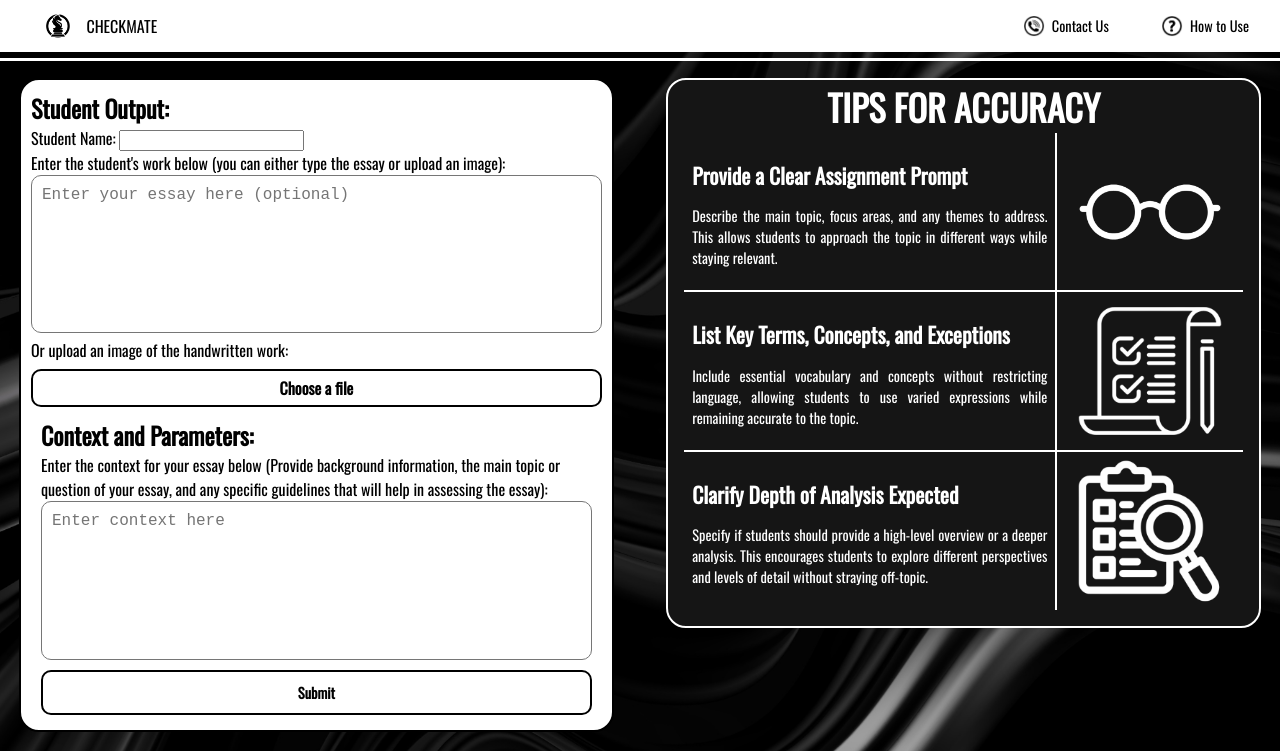
Repository: iiTzXyZ11/CheckMateAI
Page: http://localhost/scan
These files come from the project's save history. The page is drawn as it stood at one moment and after the next save; the edit follows.
The browser window is 1280 px wide. The pictures show the whole page.
The page is served by the project's application, run on Flask 3 (app.py).

Above is the page before, as saved 2025-01-30 22:57:36.

### templates/index.html
<!DOCTYPE html>
<html lang="en">
    <head>
        <meta charset="UTF-8" >
        <meta name="viewport" content="width=device-width, initial-scale=1.0">
        <title>CheckMate AI</title>
        <link rel="stylesheet" href="{{ url_for('static', filename='css/style.css') }}">
        <link rel="stylesheet" href="{{ url_for('static', filename='css/mobile_test_style.css') }}">
        <link rel="stylesheet" href="{{ url_for('static', filename='css/test_style.css') }}">
        <link rel="icon" type="image/x-icon" href="{{ url_for('static', filename='favicon.ico') }}">
        <link href='https://fonts.googleapis.com/css?family=Oswald' rel='stylesheet'>
        <link rel="apple-touch-icon" sizes="180x180" href="{{ url_for('static', filename='favicons/apple-touch-icon.png', _external=True) }}">
        <link rel="icon" type="image/png" sizes="32x32" href="{{ url_for('static', filename='favicons/favicon-32x32.png', _external=True) }}">
        <link rel="icon" type="image/png" sizes="16x16" href="{{ url_for('static', filename='favicons/favicon-16x16.png', _external=True) }}">
        <link rel="manifest" href="{{ url_for('static', filename='favicons/site.webmanifest', _external=True) }}">
    </head>
    <body>
        <header class="header">
            <div class="header-text">
                <img src="{{ url_for('static', filename='css/images/logo_black.jpg') }}" alt="CheckMate Logo">
                <p>CHECKMATE</p>
            </div>

            <div class="header-buttons">
                <a href="{{ url_for('contact') }}" class="header-link">
                    <img src="{{ url_for('static', filename='css/images/contact.png') }}" class="contact-icon" alt="Contact Icon">
                    Contact Us
                </a>
                <a href="https://www.youtube.com/watch?v=Ia6pL32Ip8I&ab_channel=CheckMateAI"
                target="_blank"
                rel="noopener noreferrer"
                class="header-link">
                    <img src="{{ url_for('static', filename='css/images/question_mark.png') }}" class="qm-icon" alt="Help Icon">
                    How to Use
                </a>
            </div>
        </header>
        <div class="top-bar"></div>

        <div class="content-wrapper">

            <div class="container">
                <div class="box">
                    <h2>Student Output:</h2>
                    <form action="{{ url_for('index') }}" method="POST" enctype="multipart/form-data">
                        <label for="student_name">Student Name:</label>
                        <input type="text" id="student_name" name="student_name" required>

                        <p>Enter the student's work below (you can either type the essay or upload an image):</p>
                        <textarea name="essay" placeholder="Enter your essay here (optional)"></textarea>
                        <p>Or upload an image of the handwritten work:</p>
                        <label class="custom-file-upload">
                            Choose a file
                            <input type="file" name="image" accept="image/*" style="display: none;" onchange="updateFileName()" />
                        </label>
                        <div id="file-name" style="margin-top: 10px; color: black;"></div> <!-- Display the file name here -->

                        <div class="box1">
                            <h2 style="color: black">Context and Parameters:</h2>
                            <p>Enter the context for your essay below (Provide background information, the main topic or question of your essay, and any specific guidelines that will help in assessing the essay):</p>
                            <textarea name="context" placeholder="Enter context here" required>{{ context }}</textarea>
                            <button type="submit">Submit</button>
                        </div>
                    </form>
                </div>
            </div>

            <div class="tips-wrapper">
                <div class="tips-container">
                    <h1>TIPS FOR ACCURACY</h1>
                        <div class="tips-grid">
                            <div class="tip1">
                                <h2>Provide a Clear Assignment Prompt</h2>
                                <p>Describe the main topic, focus areas, and any themes to address. This allows students to approach the topic in different ways while staying relevant.</p>
                            </div>

                            <div class="tip2">
                                <img class="glasses" src="static/css/images/tips/Glasses.png" alt="Glasses Icon" loading="lazy">
                            </div>

                            <div class="tip3">
                                <h2>List Key Terms, Concepts, and Exceptions</h2>
                                <p>Include essential vocabulary and concepts without restricting language, allowing students to use varied expressions while remaining accurate to the topic.</p>
                            </div>

                            <div class="tip4">
                                <img class="list" src="static/css/images/tips/List.png" alt="List Icon" loading="lazy">
                            </div>

                            <div class="tip5">
                                <h2>Clarify Depth of Analysis Expected</h2>
                                <p>Specify if students should provide a high-level overview or a deeper analysis. This encourages students to explore different perspectives and levels of detail without straying off-topic.</p>
                            </div>

                            <div class="tip6">
                                <img class="board" src="static/css/images/tips/Board.png" alt="Board Image" loading="lazy">
                            </div>
                        </div>
                    </div>
                </div>
            </div>
        </div>

        <script>
            // Function to display the file name
            function updateFileName() {
                const fileInput = document.querySelector('input[type="file"]');
                const fileNameDisplay = document.getElementById('file-name');
                if (fileInput.files.length > 0) {
                    fileNameDisplay.textContent = "Selected file: " + fileInput.files[0].name;
                }
            }
        </script>
    </body>
</html>

### static/css/style.css
@import url('https://fonts.googleapis.com/css?family=Oswald');

@font-face {
  font-family: 'Agrandir Wide';
  src: url('..fonts/Agrandir-WideBlackItalic.woff2') format('woff2'),
      url('../fonts/Agrandir-WideBlackItalic.woff') format('woff');
  font-weight: 900;
  font-style: italic;
  font-display: swap;
}

@font-face {
  font-family: 'Agrandir';
  src: url('../fonts/Agrandir-Regular.woff') format('woff'),
      url('../fonts/Agrandir-Regular.woff2') format('woff2');
  font-weight: normal;
  font-style: normal;
  font-display: swap;
}

body {
  gap: 0rem;
  grid-template-rows: repeat(auto-fill, minmax(100px, 1fr));
  margin: 0;
  font-family: 'Oswald';
  background-image: url('background.jpg');
  background-size: cover;

  overflow-x: hidden;
}

.top-bar{
  position: absolute;
  background-color: white;
  top:clamp(4.1rem, 25vw, 4.7rem);
  height: 0.5vh;
  width: 100%;
  margin:0;
}

.header {
  display: grid;
  grid-template-columns: 1fr 1fr;
  align-items: center; /* Allow items to align themselves */
  background-color: white;
  z-index: 1000;
  padding: 8px;
  height:fit-content;
}

.header-text {
  display: flex; /* Make it a flex container */
  align-items: center; /* Center content vertically */
  background: transparent;
  font-size: clamp(0.4rem,3vh,1rem);
}

.header-text p {
  margin: 0
}

.header-text img {
  display: block; /* Ensures the image respects width settings */
  width: clamp(1.5rem,3vh, 2rem); /* Optional: Prevents the image from exceeding a specific size */
  height: auto; /* Maintains the aspect ratio */
  margin-left: 3vw; /* Space from the left */
  margin-right: 1rem; /* Space between image and text */
  margin-top: 0rem;
  margin-bottom: 0rem;
}
.header-buttons {
  background: transparent;
  gap: 3vw;
  display: flex; /* Flex container for its own children */
  align-items: center; /* Center its own children vertically */
  font-size: clamp(0.4rem,3vh,0.9rem);
  margin-left: auto;
  margin-right: 1rem;

}

.header-buttons a {
  transition: border-color 0.3s;
  font-family: 'Oswald';
  color: black;
  text-decoration: none; /* Remove underline from links */
  padding: 0.8vh 1.5vh; /* Add padding */
  border: 2px solid transparent; /* Optional border for button */
  display: flex; /* Align icon and text */
  align-items: center; /* Center vertically */
  padding: 5px;
}

.header-buttons a:hover {
  border-color: black; /* Hover background */
}

.main{
  margin-top: 0.5rem;
  display: grid;
  grid-template-rows: 2fr 1fr;
  width: 100%;
  height: 100vh;
  color:#ffffff;
  align-items: center;
}

.top {
  margin:0;
  display: grid;
  grid-template-rows: 0.3fr 0.3fr;
  padding: 0vh 2vw;
  background: transparent;
}

.head img {
  display:flex;
  width:clamp(10rem, 40vw, 50rem); /* Set desired width */
  height: auto; /* Maintain aspect ratio */
  margin: 0 auto; /* Center horizontally within its parent */
  background-color: transparent;
}

.head {
  display: flex;
  flex-direction: column;
  width: 100%;
  background: transparent;
}

.title {
  display: flex; /* Use flexbox for alignment */
  justify-content: center; /* Center horizontally */
  align-items: center; /* Center vertically */
  text-align: center; /* Ensure the text itself is aligned */
  background: transparent;
  background-image: url('images/ribbon.png');
  background-position: center;
  background-repeat: no-repeat;
  background-size: clamp(9rem, 28vw, 24rem);
  height: clamp(7.5vh, 13vw, 100vh); /* Ensure sufficient height */
}

.head h2{
  margin:0;
  background: transparent;
  text-align: center;
}

.title h1 {
  margin-bottom: clamp(1rem,4vw, 100rem); /* Remove default margins */
  color: black;
  transform: rotate(355deg); /* Keep the rotation */
  font-size: clamp(1rem, 5vw, 25px); /* Ensure font scales appropriately */
}

.head h2{
  font-size: large;
  margin-bottom: 0.5rem;
}

.top a{
  margin-top: 1rem;
  display: block;
  align-self: center;
  justify-self: center;
  border: 4px solid white;
  background-color: transparent;
  color: white;
  text-decoration: none;
  font-size: 1rem;
  padding: .3vw 1vw;
  transition: color 0.3s, text-decoration 0.3s, border-color 0.3s;
  width: fit-content;
}

.top a:hover {
  font-weight: bold;
  color: black;
  text-decoration: underline 1px black;
  text-underline-offset: 6px;
  background-color: white;
  border-color: white;
  text-decoration-thickness: 2px;
  transition: color 0.3s, text-decoration 0.3s, background-color 0.3s, border-color 0.3s;
}

.top .desc {
  margin:0;
  background: transparent;
  display: block;
  width: 100%;
  text-align: center;
  font-size: clamp(10px, 3vw, 20px);
}

.bottom {
  display: flex; /* Enable flexbox on the parent container */
  flex-direction: column; /* Ensure the flex direction is vertical */
  justify-content: flex-end; /* Align items at the bottom */
  background: transparent;
  width: 100%;
  height: 100%;
}

.chessboard {
  width: 100%; /* Full viewport width */
  height: 100%; /* Scale proportionally */
}

.disclaimer {
  position: absolute; /* Allows the disclaimer to be positioned over the chessboard */
  bottom: 0; /* Aligns the disclaimer at the bottom of the parent container */
  color: white;
  background: black;
  border: 4px solid white;
  border-radius: 1rem;
  font-family: 'Oswald';
  font-size: clamp(0.5rem,2vw,0.8rem);
  align-self: center;
  text-align: center;
  padding: 5px;
  width: auto;
}

.header-bar {
  background-color: transparent;
  color: #fff;
  padding: 10px;
  text-align: center;
}


.button-container {
  text-align: center;
  margin-top: 30px;
}

.form-container,
.criteria-container {
  flex: 1;
  display: flex;
  flex-direction: column;
}

.criteria-container {
  margin-right: 20px;
}

.criteria-container table {
  width: 100%;
  border-collapse: collapse;
}

.criteria-container th,
.criteria-container td {
  border: 2px solid black;
  padding: 12px;
  text-align: center;
  font-size: 30px;
}

.criteria-container th {
  font-size: 25px;
}

.criteria {
  font-size: 36px;
  color: #333;
  padding: 40px;
  margin: 0 auto;
  background-color: #d9d9dd;
  border: 2px solid #3b1a08;
  border-radius: 10px;
  text-align: center;
  display: inline-block;
}

/* Button Styles */
.button,
.link-button,
.container button[type="submit"],
.small-button {
  background-color: #ffffff;
  border: 2px solid black;
  border-radius: 10px;
  color: black;
  padding: 10px 20px;
  text-decoration: none;
  cursor: pointer;
  font-family: 'Oswald';
  margin: 5px 0;
  display: inline-block;
  transition: background-color 0.3s, color 0.3s, border-color 0.3s; /* Add transition */
  font-weight: bold;
}

.button:hover,
.link-button:hover,
.container button[type="submit"]:hover,
.small-button:hover {
  background-color: black;
  color: #fff;
  border-color: black;
  font-weight: bold;
}

/* FRONT_PAGE.HTML */
/* Shared styles */

.desc{
  width: 28vw;
  font-size: 1.2em;
}

.contact-icon,
.qm-icon {
  width: 3vh; /* Consistent size */
  height: auto; /* Maintain aspect ratio */
  margin-right: 1vh; /* Space between icon and text */
}

.contact-icon {
  color: black;
}

.qm-icon {
  color: black;
}

.results-container {
  display: flex;
  flex-direction: column; /* Stacks items vertically */
  width: 80%;
  justify-self: center; /* Centers items horizontally */
  background: white;
  border: 2px solid black;
  border-radius: 20px;
  padding: 15px;
  margin-top: 10vh;
  font-size: clamp(10px, 3vw, 20px);
}

.results-container h2{
  font-size: clamp(1rem, 5vw, 45px);
}

.desktop{
  display:none;
}

.stuff{
  display: flex;
  flex-direction: column;
}

@media only screen and (min-width: 720px){
  #mobile{
    display:none;
  }

  .desktop{
    display:contents;
  }

  .top-bar{
    top:clamp(3.6rem, 8vh, 5.3rem);
  }

  .bottom .chessboard{
    display: none;
  }

  .disclaimer{
    border:  solid white;
    font-size: clamp(0.4rem,0.7vw,0.8rem);
  }

  .head{
    display:grid;
    grid-template-columns: 1fr 1fr;
  }

  .desktop .head img{
    align-self: left;
    margin: 0 auto;
    margin-top: 9%;
    width:clamp(5rem, 25vw, 50rem); /* Set desired width */
  }

  .title{
    display:flex;
    flex-direction: column;
    margin-top: clamp(1rem, 8vh, 9rem);
  }

  .title h1{
    margin-top: clamp(13rem, 15vw, 23rem);
    font-size: clamp(1rem, 2.5vw, 3rem);
  }

  .title h2{
    margin:0;
    font-size: clamp(9px, 2vw, 100px);
  }

  .title .desc{
    font-size: clamp(9px, 1vw, 100px);
  }

  .stuff a{
    margin-top: 3rem;
    font-size: clamp(0.5rem, 1vh, 1rem);
  }

}

### static/css/mobile_test_style.css
@media (min-width:300px) {

    .content-wrapper {
        margin-top:1vh;
        display: grid;
        gap: 2vh;
        grid-template-columns: repeat(1, minmax(100px, 1fr));
        grid-auto-rows: 1fr;
        background: transparent;
        width: 100%;
        height: fit-content;

    }

    .container{
        background-color: white;
        display: grid;
        grid-template-columns: repeat(1, minmax(auto-fit, 1fr));
        grid-auto-rows: 1fr;
        width: auto-fill;
        height: auto-fill;
        margin: 3%;
        border-radius: 20px;
        border: 2px solid black;
    }


    .box{
        background: transparent;
        margin: 10px 10px 0px 10px;
        font-size: clamp(0.5rem,2vh,2rem);
    }

    .box h2{
        margin: 0;
    }

    .box  textarea, .box1 textarea{
        width: 100%;
        min-height: 22vh; /* might need media queries*/
        height: 100%;
        box-sizing: border-box;
        padding: 10px;
        border-radius: 10px;
        resize: none;
    }

    .box .custom-file-upload {
        padding: 5px 9px;
        border: 2px solid #000;
        border-radius: 10px;
        color: black;
        background-color: #fff;
        text-decoration: none;
        cursor: pointer;
        font-weight: bold;
        margin: 1vh 0;
        display: flex;
        justify-content: center;
        align-items: center;
        transition: background-color 0.3s, border-color 0.3s;
    }

    .box .custom-file-upload:hover {
        background-color: black; /* Hover background color */
        color: white; /* Hover text color */
        border-color: transparent; /* Hover border color */
    }

    .box1{
        background: transparent;
        margin: 0px 10px 10px 10px;
        font-size: clamp(0.5rem,2vh,2rem);
    }

    .box1 h2{
        margin: 0;
    }

    .box1 button {
        width: 100%;
        padding:0;
        border-radius: 10px;
        font-size: clamp(0.4rem,1vh,1.032rem)
    }

    form p{
        margin: 0;
    }


    .tips-wrapper{
        top: 5%;
        display: grid;
        gap: 20px;
        grid-template-columns: repeat(1, minmax(100px, 1fr));
        grid-auto-rows: 1fr;
        background: transparent;
    }

    .tips-container{
        background: #151515;
        display: grid;
        grid-template-columns: repeat(1, minmax(auto-fit, 1fr));
        grid-auto-rows: 1fr 10fr;
        width: auto-fill;
        height: auto-fill;
        margin: 3%;
        border-radius: 20px;
        border: 2px solid white;
        color:white;
    }

    .tips-container h1{
        width: 100%;
        height:80%;
        align-self:center;
        margin: 0;
        text-align: center;
    }


    .tips-grid {
        color: white;
        display: grid;
        gap: 2px;
        grid-template-columns: 2fr 1fr; /* First column is twice as wide as the second */
        background: white;
        margin: 0 0.5rem 0.5rem 0.5rem;
    }

    .tip1, .tip3, .tip5 {
        display: block;
        align-content: center;
        text-align: justify; /* Center text horizontally */
        background: #151515;
        font-size: clamp(0.5rem,1.5vh,10rem);
        padding: 10px;
    }

    .tip1 h2 , .tip3 h2, .tip5 h2 {
        margin-bottom: 0.3vh;
    }

    .tip2, .tip4, .tip6 {
        background: #151515;
    }

    .tip2, .tip4, .tip6 {
        display: flex;
        justify-content: center;
        align-items: center;
    }

    .tip2 img, .tip4 img, .tip6 img{
        width: 80%;
    }
}

### static/css/test_style.css
@media only screen and (min-width: 720px) {
    .content-wrapper{
        background: transparent;
        grid-template-columns: repeat(1,1fr 1fr);
        grid-auto-columns: 1fr;
    }

    .container{
        background-color: white;
        margin: 3%;
    }

    .box  textarea, .box1 textarea{
        font-size: clamp(0.5rem,5vh,1rem);
    }

    .box, .box1{
        font-size: clamp(1rem,2vh,1.5rem);
    }

    .tips-container h1{
        font-size: clamp(0.8rem, 5vh, 4rem);
    }

    .tips-container img{
        width: clamp(3rem, 20vh, 10rem);
    }

    .tips-grid{
        margin: 0rem 1rem 1rem 1rem;
        grid-template-columns: 2fr 1fr; /* First column is twice as wide as the second */
    }

    .tip1, .tip3, .tip5 {
        font-size: clamp(0.1rem,2vh,1.032rem);
        padding: 0.5rem;
    }


    .tips-container {
        display:flex;
        flex-direction: column;
        color: white;
        top: 100vh;
        height:fit-content
    }

    .box1 button{
        font-size: clamp(0.9rem,1vh,1rem);
    }
}

Loaded but not shown: app.py (286 lines, source omitted)

After the next save:
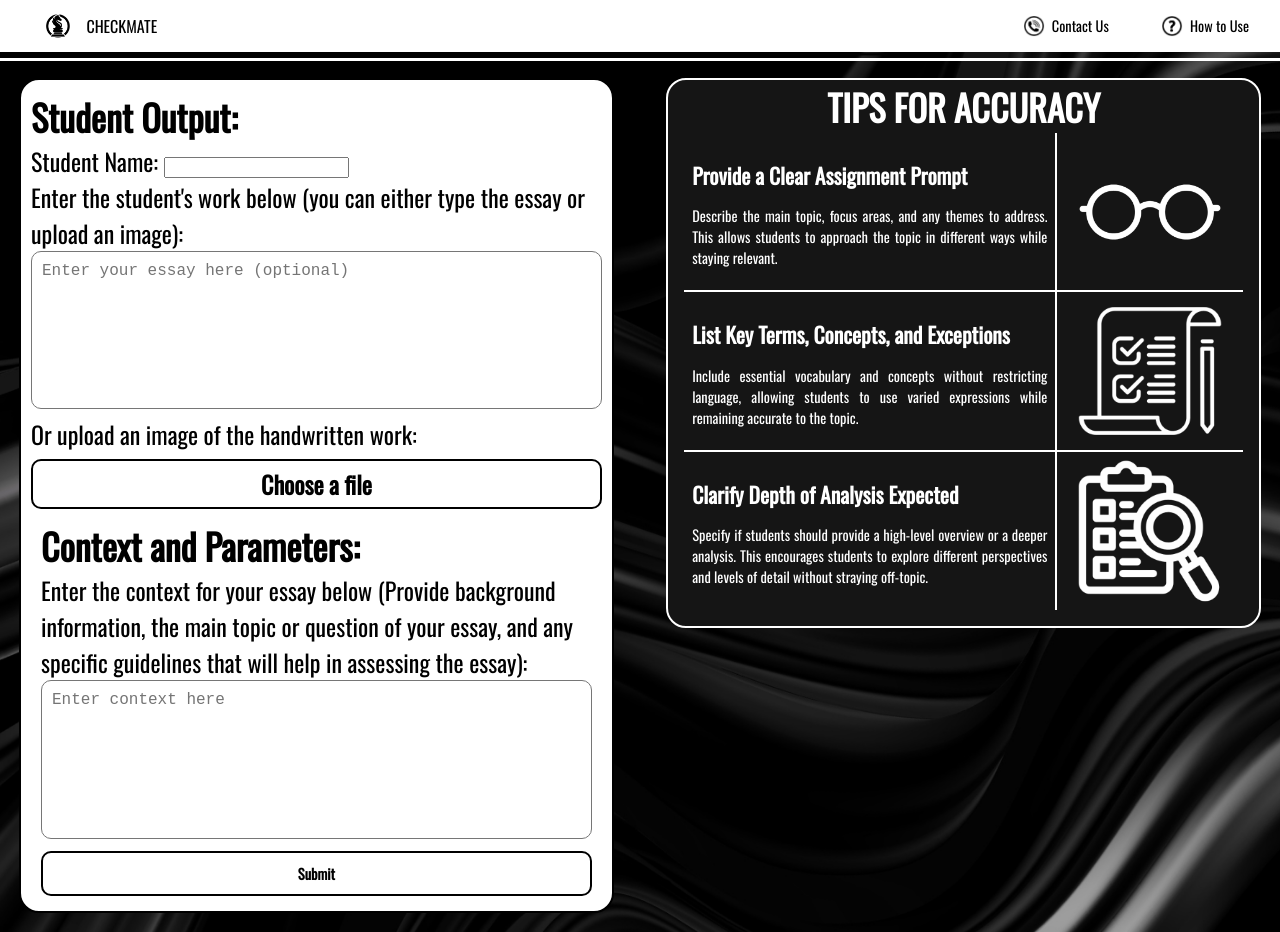
Saved 6 s later.
--- a/static/css/test_style.css
+++ b/static/css/test_style.css
@@ -15,7 +15,7 @@
     }
 
     .box, .box1{
-        font-size: clamp(1rem,2vh,1.5rem);
+        font-size: clamp(1.5rem,2vh,1.5rem);
     }
 
     .tips-container h1{
